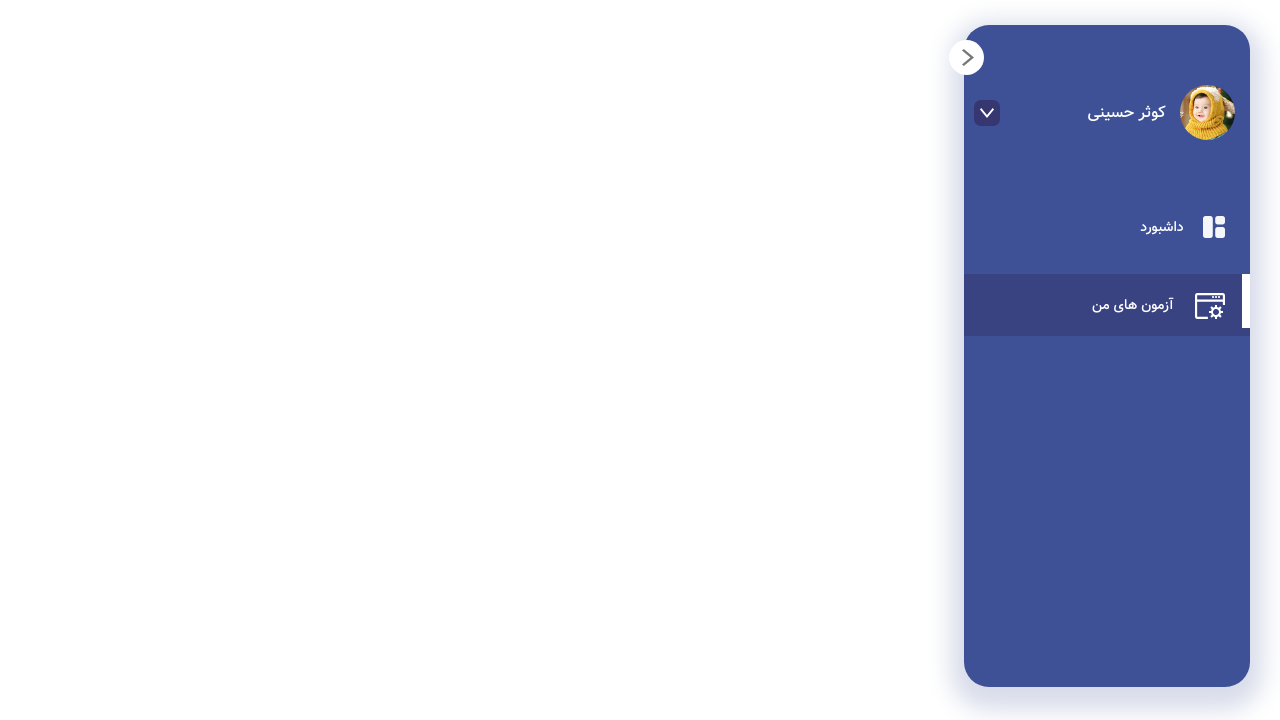
Repository: kosar78/quiz-online
Page: student-panel-myquiz.html
These files come from the project's save history. The page is drawn as it stood at one moment and after the next save; the edit follows.
The browser window is 1280 px wide. The pictures show the whole page.
The page's requests for data from a server got no answer.

Above is the page before, as saved 2022-01-09 13:35:13.

After the next save:
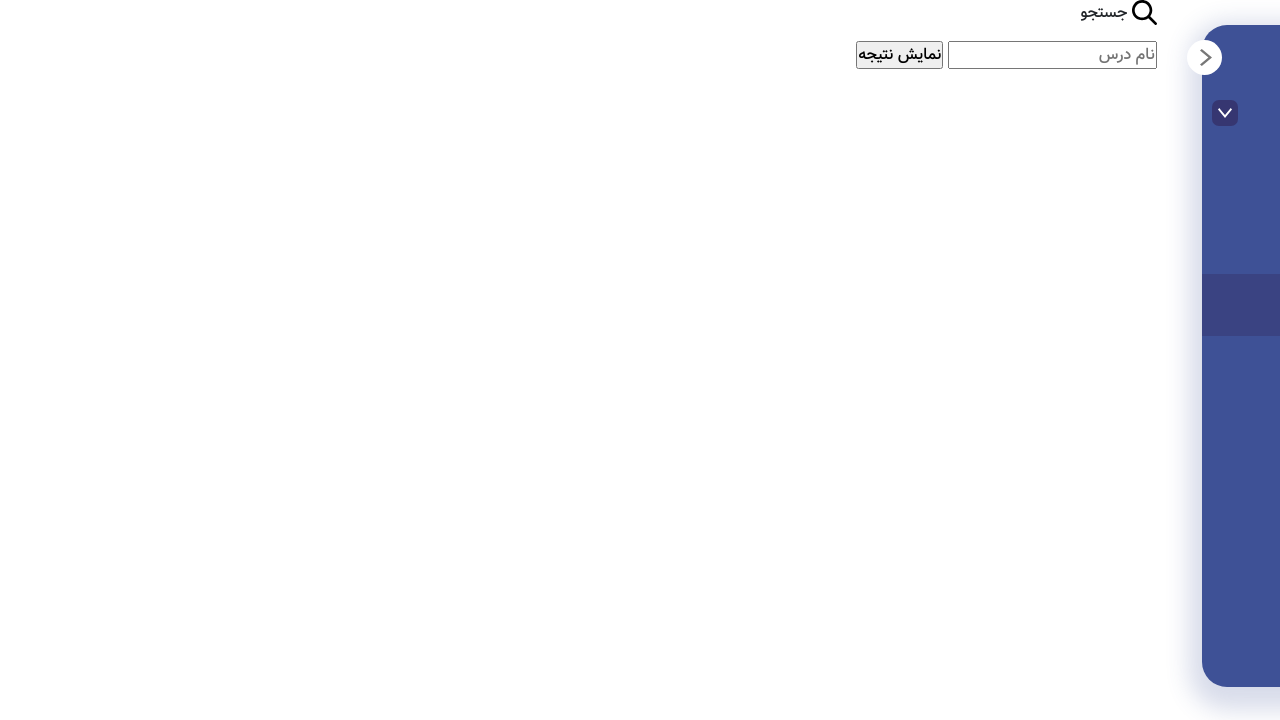
Saved 69 s later.
--- a/student-panel-myquiz.html
+++ b/student-panel-myquiz.html
@@ -96,7 +96,26 @@
                 </div>
             </div>
             <div class="col-xl-9 col-md-9 left-side">
+                <div class="col-xl-12 search-box">
+                    <ul>
+                        <li>
+                            <img src="images/search-icon.svg" alt="">
+                        </li>
+                        <li class="search-tx">
+                            جستجو
+                        </li>
+                    </ul>
+                    <div class="line"></div>
+                    <ul class="search-input-ul">
+                        <li>
+                            <input type="text" name="search-name" id="course-name" placeholder="نام درس">
+                        </li>
 
+                        <li>
+                            <input class="show-result-btn" type="button" value="نمایش نتیجه">
+                        </li>
+                    </ul>
+                </div>
             </div>
         </div>
     </div>
